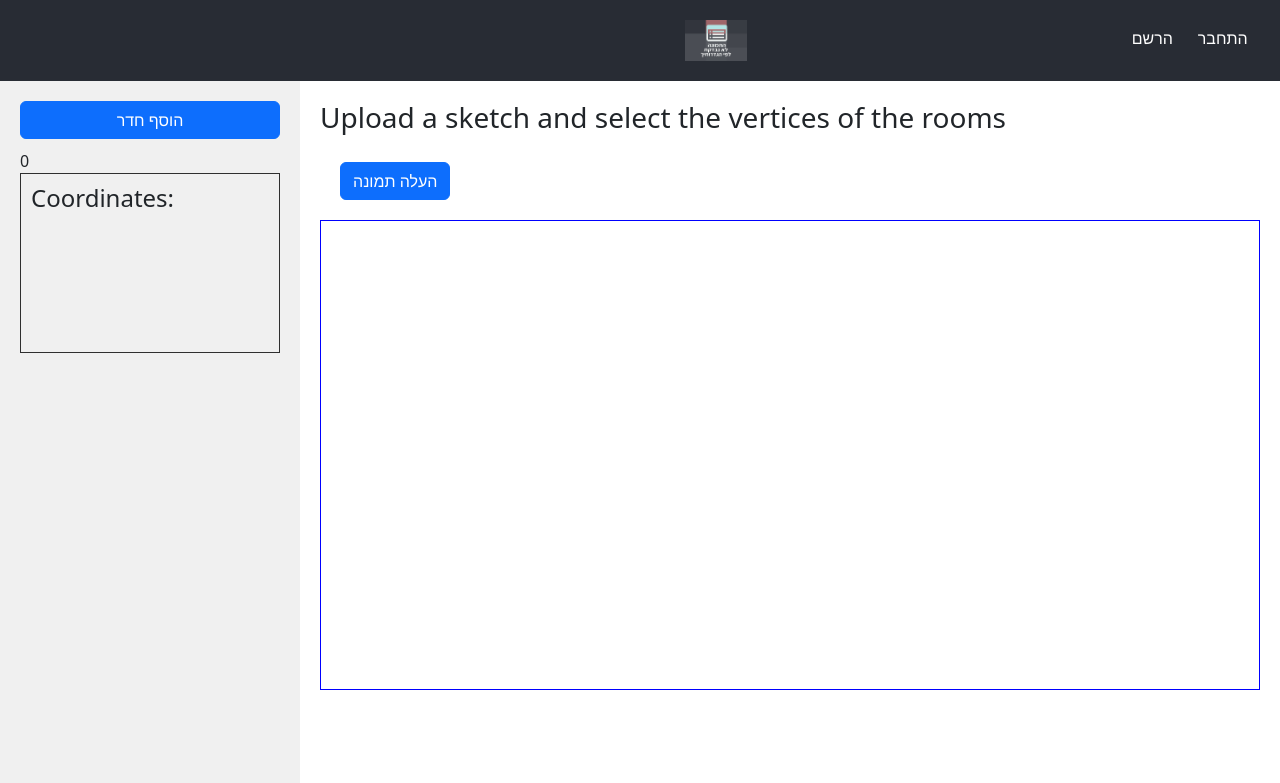
Repository: TamarHolzer/TamarHolzer-security_camera_project_client
Page: /optimal-coordinates
An editor plug-in stored every save of this project. The page is shown before and after the next save, followed by the edit.
The browser window is 1280 px wide. The pictures show the whole page.
The page's requests for data from a server got no answer. The project was rebuilt for these pictures with package versions that can differ from the ones it lists, and the page was loaded fresh each time. No one was signed in, and anything a server would have sent is missing. Also part of the build but not shown: src/components/Login.js, src/pages/Home.js, src/components/ShowPlan.js, src/components/HistpryPlanning.js.

Above is the page before, as saved 2024-07-05 01:57:34.

After the next save:
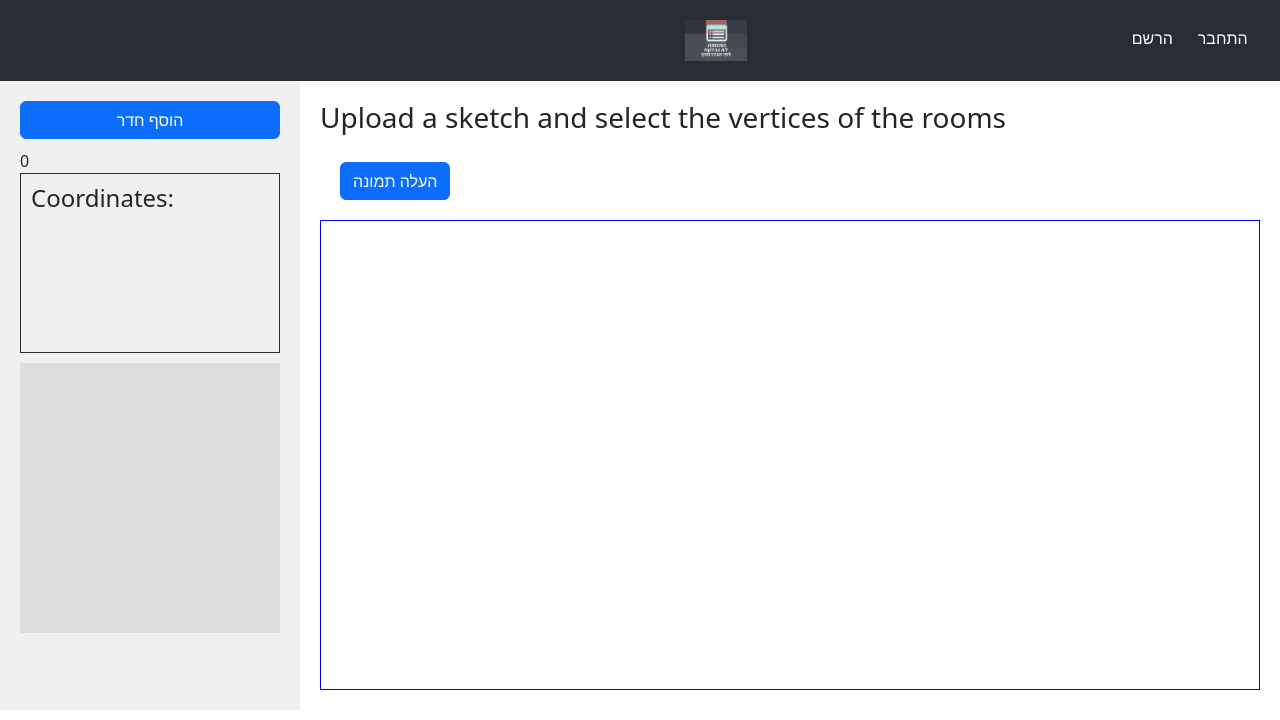
Saved 3 min 36 s later.
--- a/src/css/points.css
+++ b/src/css/points.css
@@ -47,9 +47,10 @@
  }
 
  .room-wrapper{
-    height: 400px;
-    max-height: calc(100vh -450px);
+    height: calc(100vh - 450px);
     overflow: auto;
+    background-color: #ddd;
+    padding: 10px;
  }
 
  .ClickableSVG circle {
